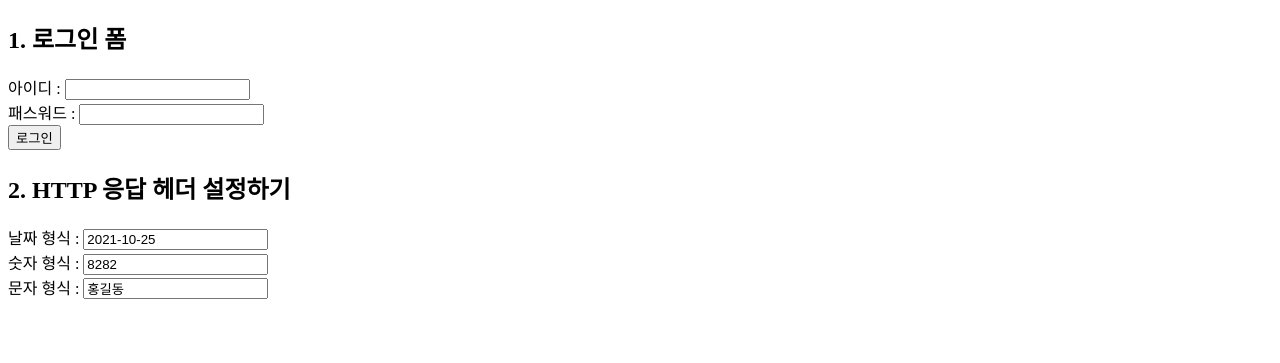
Repository: KJH981020/JSP_servlet
Page: http://localhost/MustHaveJSP_/02ImplicitObject/ResponseMain.jsp
These files come from the project's save history. The page is drawn as it stood at one moment and after the next save; the edit follows.
The browser window is 1280 px wide. The pictures show the whole page.
The page is served by Tomcat 9.

Above is the page before, as saved 2025-05-02 07:38:40.

After the next save:
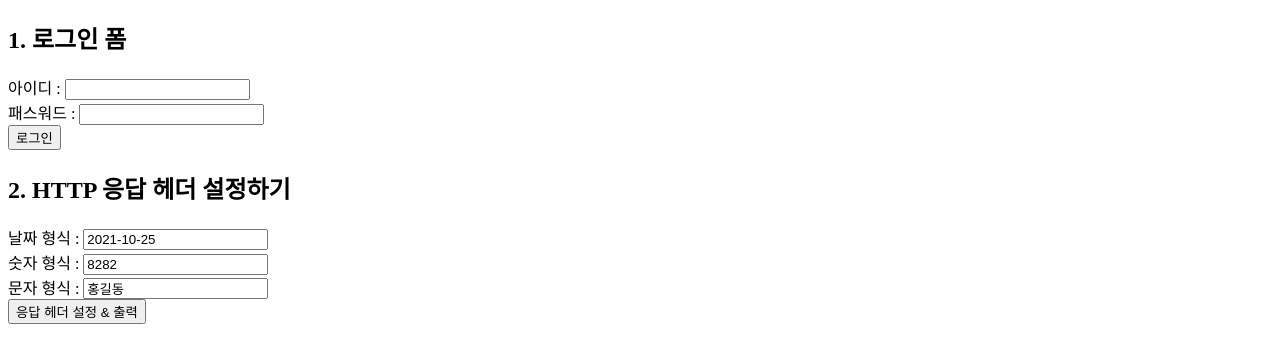
Saved 50 s later.
--- a/MustHaveJSP_/src/main/webapp/02ImplicitObject/ResponseMain.jsp
+++ b/MustHaveJSP_/src/main/webapp/02ImplicitObject/ResponseMain.jsp
@@ -23,7 +23,7 @@
 			날짜 형식 : <input type="text" name="add_date" value="2021-10-25" /><br />
 			숫자 형식 : <input type="text" name="add_int" value="8282" /><br />
 			문자 형식 : <input type="text" name="add_str" value="홍길동" /><br />
-
+			<input type="submit" value= "응답 헤더 설정 & 출력" />
 		</form>
 </body>
 </html>
